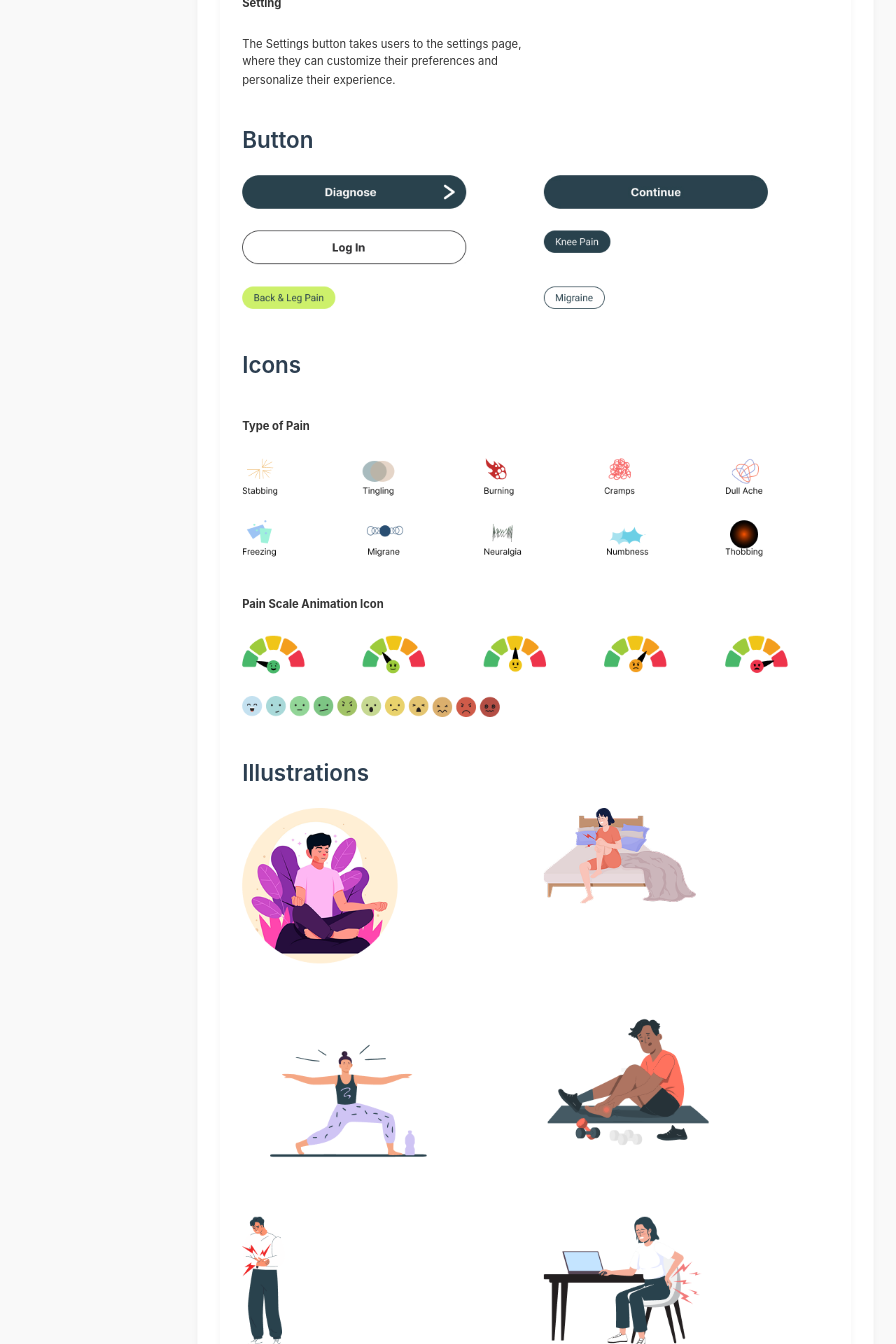
Repository: rosielee09/Heal_U
Page: graphics.html
These files come from the project's save history. The page is drawn as it stood at one moment and after the next save; the edit follows.
The browser window is 1280 px wide. The pictures show the part of the page from y = 1116 to 3036 px (the page is 3238 px tall before and 3079 px after), at 70% of full size.

Above is the page before, as saved 2025-04-03 21:51:02.

After the next save:
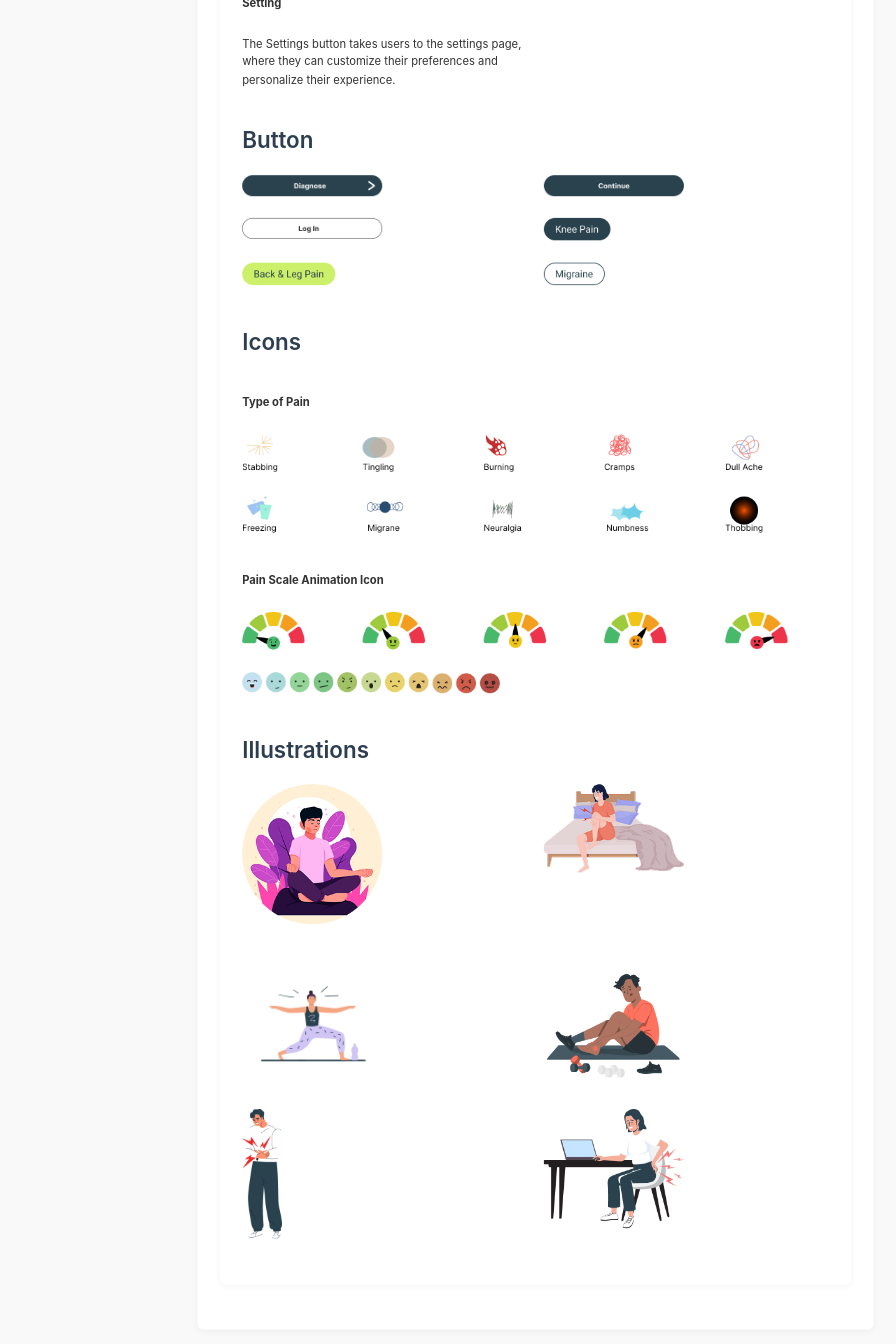
Saved 63 s later.
--- a/styles.css
+++ b/styles.css
@@ -253,10 +253,12 @@ body {
 .graphic-item-grid1{
     margin-top: 1.5rem;
 }
-.graphic-grid-illustrations{
-    width: 300px;
-    height: 300px;
-}
+
+.graphic-button__icon{
+    max-width: 200px;
+    max-height: 200px;
+}
+
 /* Typography */
 
 /* Import Roboto font with multiple weights */
